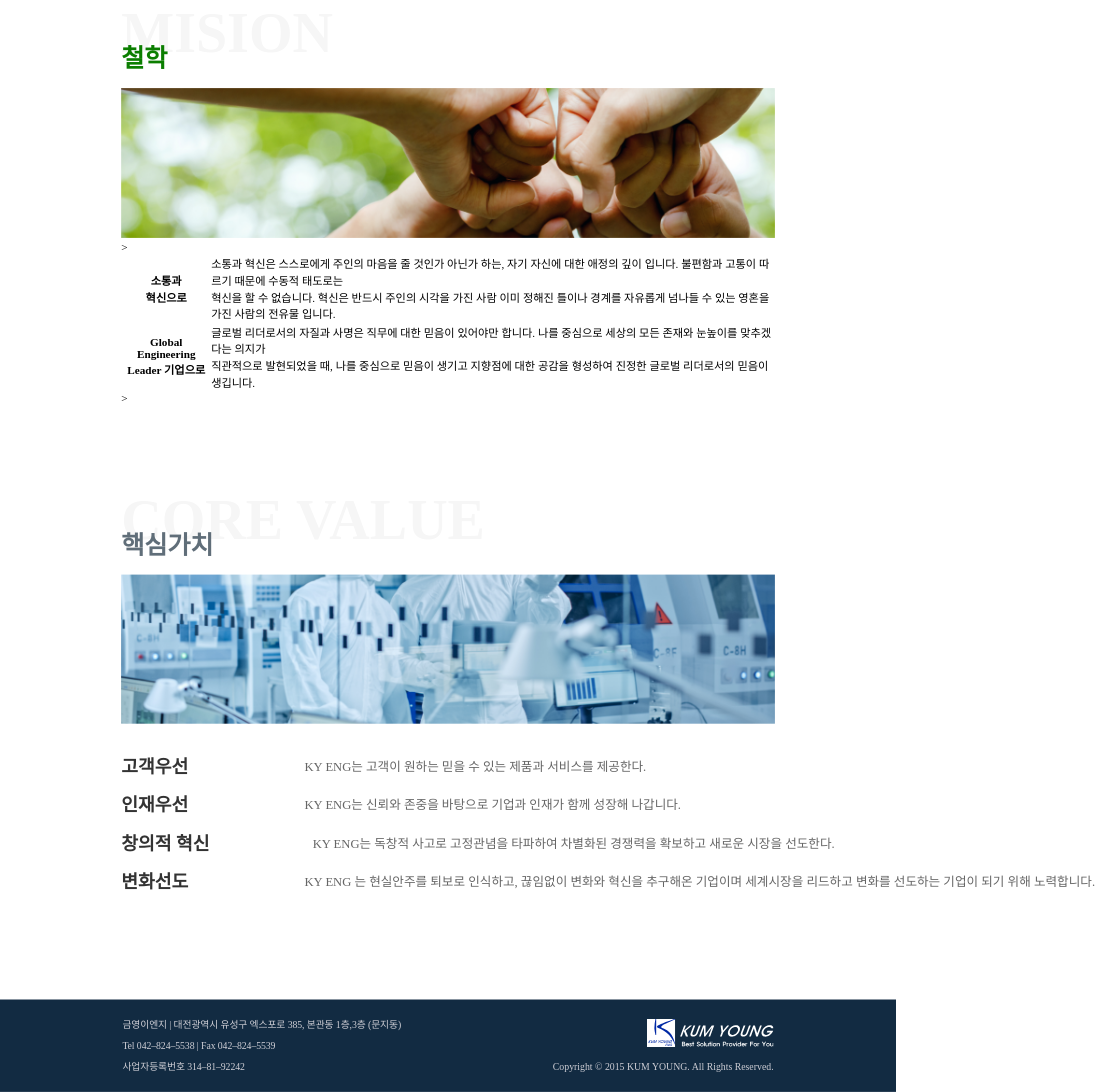
Repository: wogml3270/kumyoungENG
Page: sub/about/about_company.html
The author's editor kept a copy of each file at every save. The page is drawn from the files as they stood at one save, then again after the next save.
The browser window is 1280 px wide. The page is 1564 px wide, so the pictures cover 1564 px, including what lies to the right of the window. The pictures show the part of the page from y = 1427 to 2987 px (the page is 2987 px tall before and 2951 px after), at 70% of full size.
Some web fonts or font styles are not loaded; a fallback is used.

Above is the page before, as saved 2022-07-25 14:13:12.

After the next save:
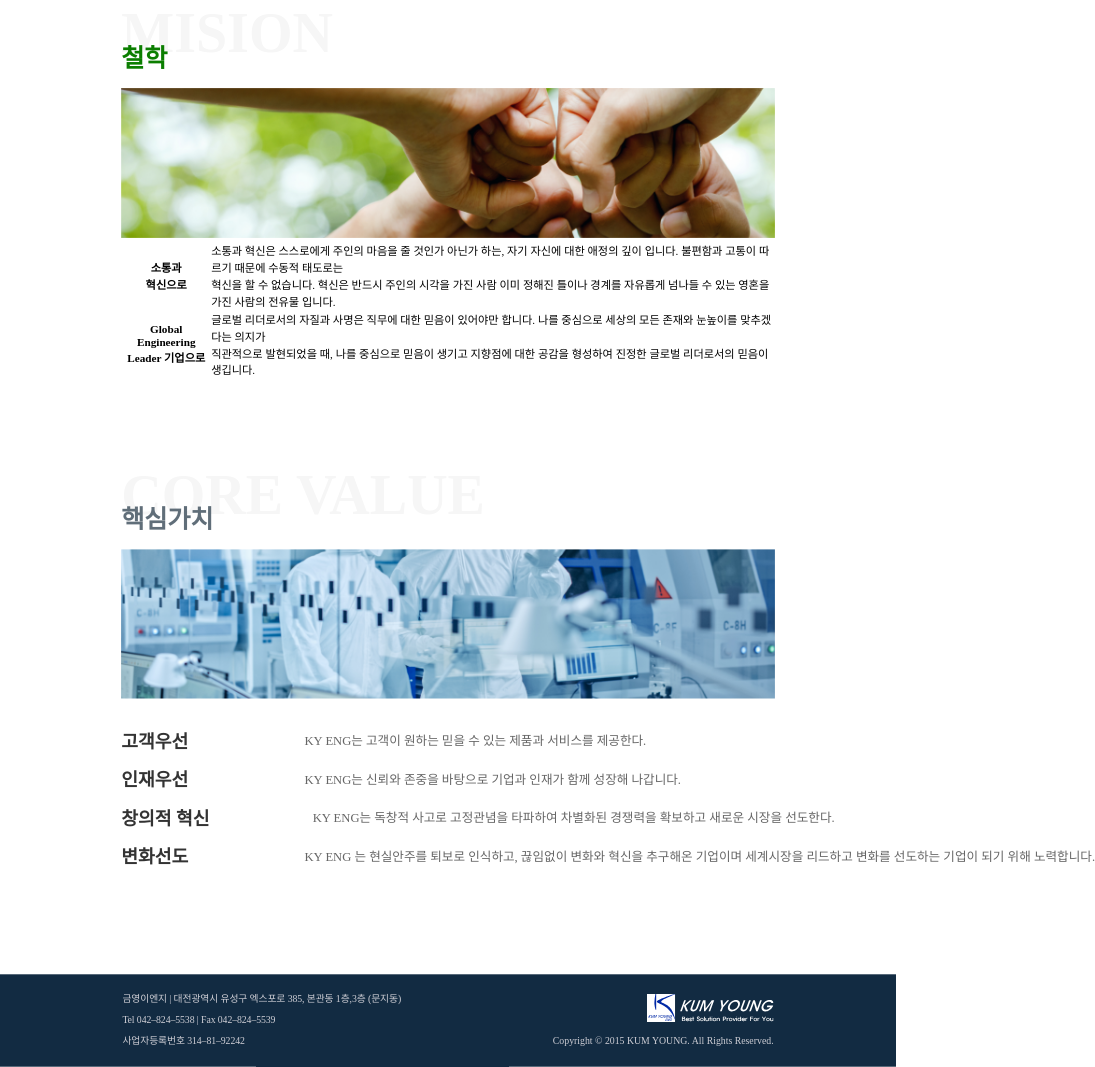
Saved 15 s later.
--- a/sub/about/about_company.html
+++ b/sub/about/about_company.html
@@ -97,7 +97,7 @@
                             <th>
                                 Global Engineering <br />
                                 Leader 기업으로
-                            </th>>
+                            </th>
 
                             <td>
                                 글로벌 리더로서의 자질과 사명은 직무에 대한 믿음이 있어야만 합니다.
@@ -106,7 +106,7 @@
                                 진정한 글로벌 리더로서의 믿음이 생깁니다.
                             </td>
                         </div>
-                    </table>>
+                    </table>
                 </article>
 
                 <article class="core_value">
